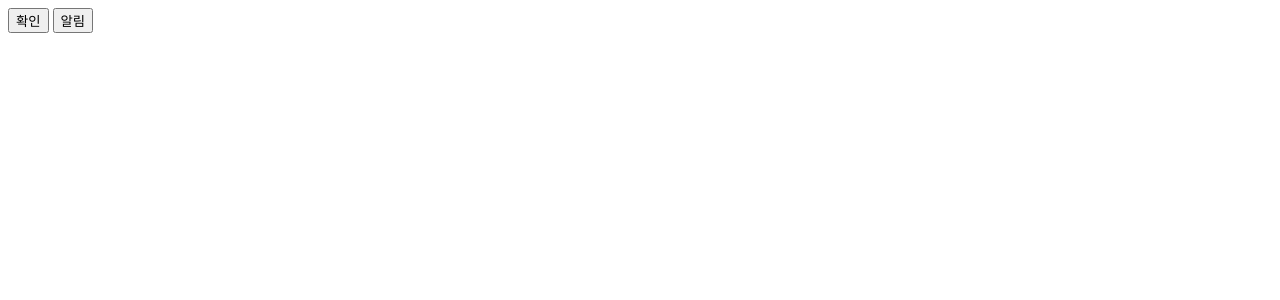
Repository: Baechangho/JavaBasic
Page: workspace_web/Front/src/main/webapp/jqEvent/jqEvent_02.html
An editor plug-in stored every save of this project. The page is shown before and after the next save, followed by the edit.
The browser window is 1280 px wide. The pictures show the whole page.

Above is the page before, as saved 2023-08-10 02:26:00.
Console error: ReferenceError: $div is not defined

After the next save:
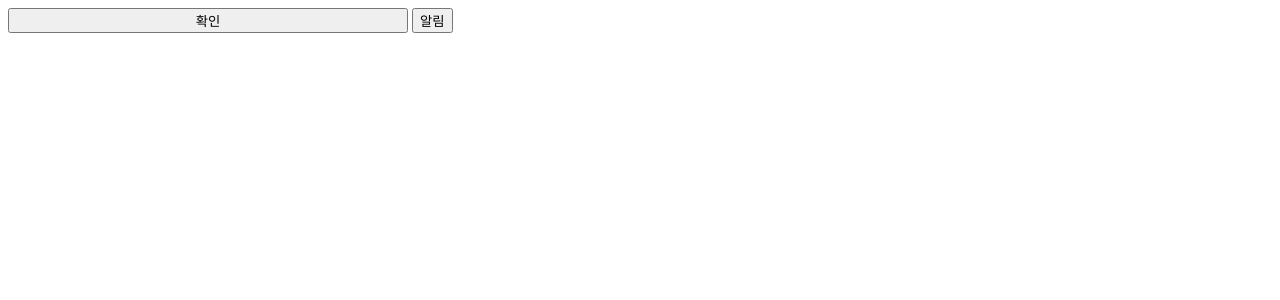
The error is gone.
Saved 8 s later.
--- a/workspace_web/Front/src/main/webapp/jqEvent/jqEvent_02.html
+++ b/workspace_web/Front/src/main/webapp/jqEvent/jqEvent_02.html
@@ -7,7 +7,7 @@
 <script type="text/javascript">
 $(function() {
 
-	$div.css('width', '400px')
+	$("#btnOk").css('width', '400px')
 	$("#btnOk").on("click", sayHi)
 	$("#btnOk").on("mouseenter", red)
 	$("#btnOk").on("mouseleave", blue)
